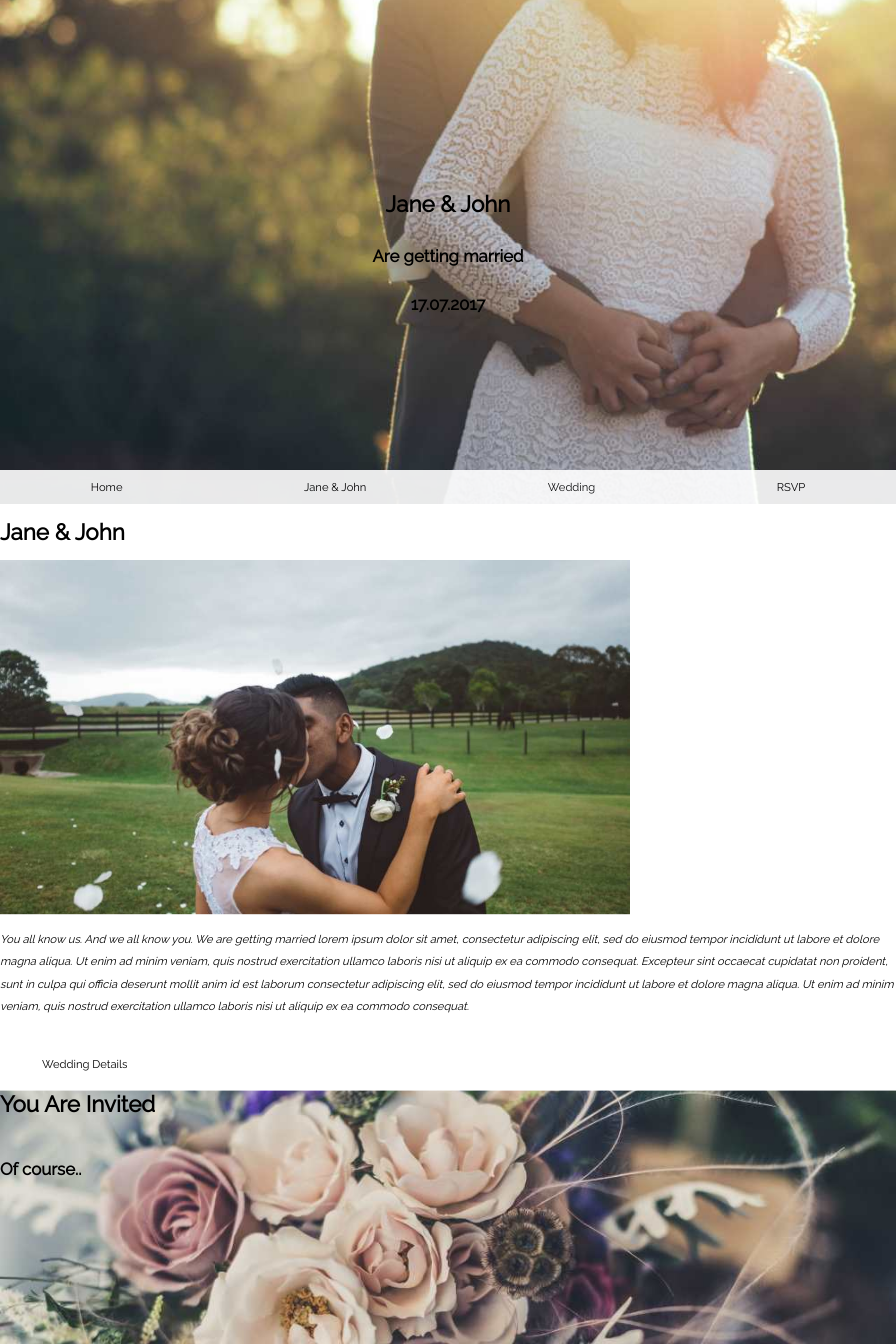
Repository: hesshess/clonecoding-assignment
Page: 4-wedding-invitation/template4.html
An editor plug-in stored every save of this project. The page is shown before and after the next save, followed by the edit.
The browser window is 1280 px wide. The pictures show the part of the page from y = 0 to 1920 px (the page is 3455 px tall), at 70% of full size.

Above is the page before, as saved 2022-03-17 17:30:08.

### 4-wedding-invitation/template4.html
<!DOCTYPE html>
<html>
<head>
<title>W3.CSS Template</title>
<meta charset="UTF-8">
<meta name="viewport" content="width=device-width, initial-scale=1">
<link rel="stylesheet" href="./template4.css">
<link rel="stylesheet" href="https://fonts.googleapis.com/css?family=Raleway">
<style>
</style>
</head>
<body>

<!-- Header / Home-->
<header class="bgimg" style="background-image: url('./img/wedding_couple.jpg');" id="home">
    <h1 >Jane & John</h1>
    <h2>Are getting married</h2>
    <h2><b>17.07.2017</b></h2>
</header>

<!-- Navbar (sticky bottom) -->

  <nav>
    <a href="#home">Home</a>
    <a href="#us" >Jane & John</a>
    <a href="#wedding">Wedding</a>
    <a href="#rsvp">RSVP</a>
  </nav>


<!-- About / Jane And John -->
<div  id="us">
  <div>
    <h1 ><b>Jane & John</b></h1>
    <img  src="./img/wedding_couple2.jpg">
    <p><i>You all know us. And we all know you. We are getting married lorem ipsum dolor sit amet, consectetur adipiscing elit, sed do eiusmod tempor incididunt ut labore et dolore magna aliqua. Ut enim ad minim veniam, quis nostrud exercitation ullamco laboris nisi ut aliquip ex ea commodo consequat. Excepteur sint
      occaecat cupidatat non proident, sunt in culpa qui officia deserunt mollit anim id est laborum consectetur adipiscing elit, sed do eiusmod tempor incididunt ut labore et dolore magna aliqua. Ut enim ad minim veniam, quis nostrud exercitation ullamco
      laboris nisi ut aliquip ex ea commodo consequat.</i>
    </p><br>
    <p ><a href="#wedding" >Wedding Details</a></p>
  </div>
</div>

<!-- Background photo -->
<div class="bgimg2" style ="background-image: url('./img/flowers.jpg');">
  <div >
    <h1 >You Are Invited</h1><br>
    <h2>Of course..</h2>
  </div>
</div>

<!-- Wedding information -->
<div  id="wedding">
  <div >
    <h1 ><b>THE WEDDING</b></h1>
    <img  src="./img/wedding_location.jpg" s>
    <div>
      <div >
        <h2>When</h2>
        <p>Wedding Ceremony - 2:00pm</p>
        <p>Reception & Dinner - 5:00pm</p>
      </div>
      <div >
        <h2>Where</h2>
        <p>Some place, an address</p>
        <p>Some where, some address</p>
      </div>
    </div>
  </div>
</div>

<!-- RSVP section -->
<div  id="rsvp">
  <h1>HOPE YOU CAN MAKE IT!</h1>
  <p >Kindly Respond By January, 2017</p>
  <p >
    <div>RSVP</div>
  </p>
</div>

<!-- Footer -->
<footer >
  <p>Powered by w3.css</p>
</footer>

</body>
</html>

### 4-wedding-invitation/template4.css
@charset "UTF-8";
body,
h1,
h2 {
  font-family: 'Raleway', sans-serif;
}
body,
html {
  box-sizing: border-box;
  margin: 0;
  height: 100%;
}
p {
  line-height: 2;
}
a {
  padding: 15px 60px;
  text-decoration: none;
  color: black;
}
a:hover {
  background-color: lightgray;
  border-radius: 1px;
}
.bgimg,
.bgimg2 {
  min-height: 100%;
  background-position: center;
  background-size: cover;
}
header {
  height: 100%;
  width: 100%;
  display: flex;
  flex-direction: column;
  justify-content: center;
  align-items: center;
}
nav {
  box-sizing: border-box;
  width: 100vw;
  display: flex;
  justify-content: space-around;
  position: fixed;
  bottom: 0;
  background-color: white;
  z-index: 2;
  opacity: 0.9;
}

After the next save:
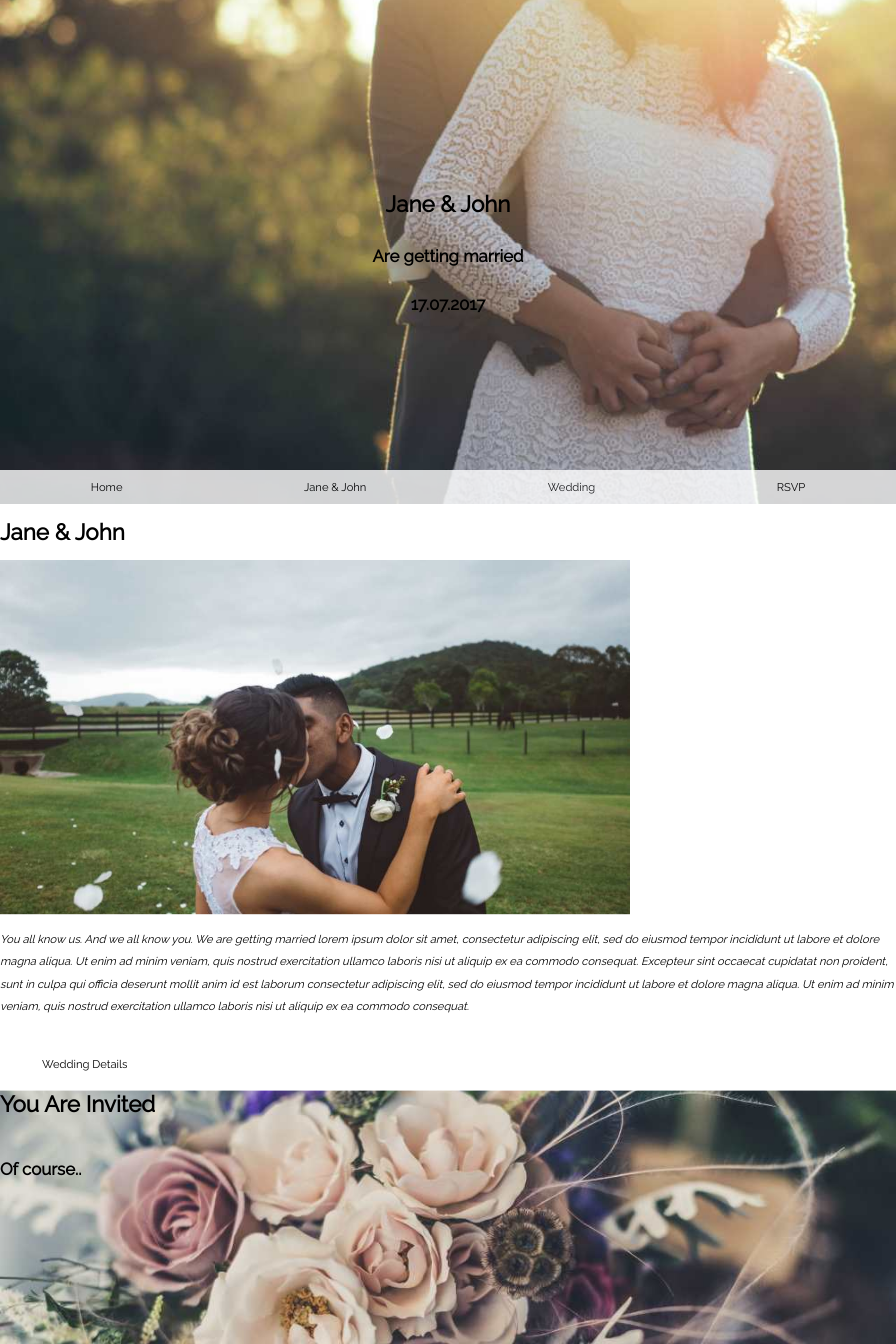
Saved 18 s later.
--- a/4-wedding-invitation/template4.css
+++ b/4-wedding-invitation/template4.css
@@ -45,5 +45,5 @@ nav {
   bottom: 0;
   background-color: white;
   z-index: 2;
-  opacity: 0.9;
+  opacity: 0.8;
 }
